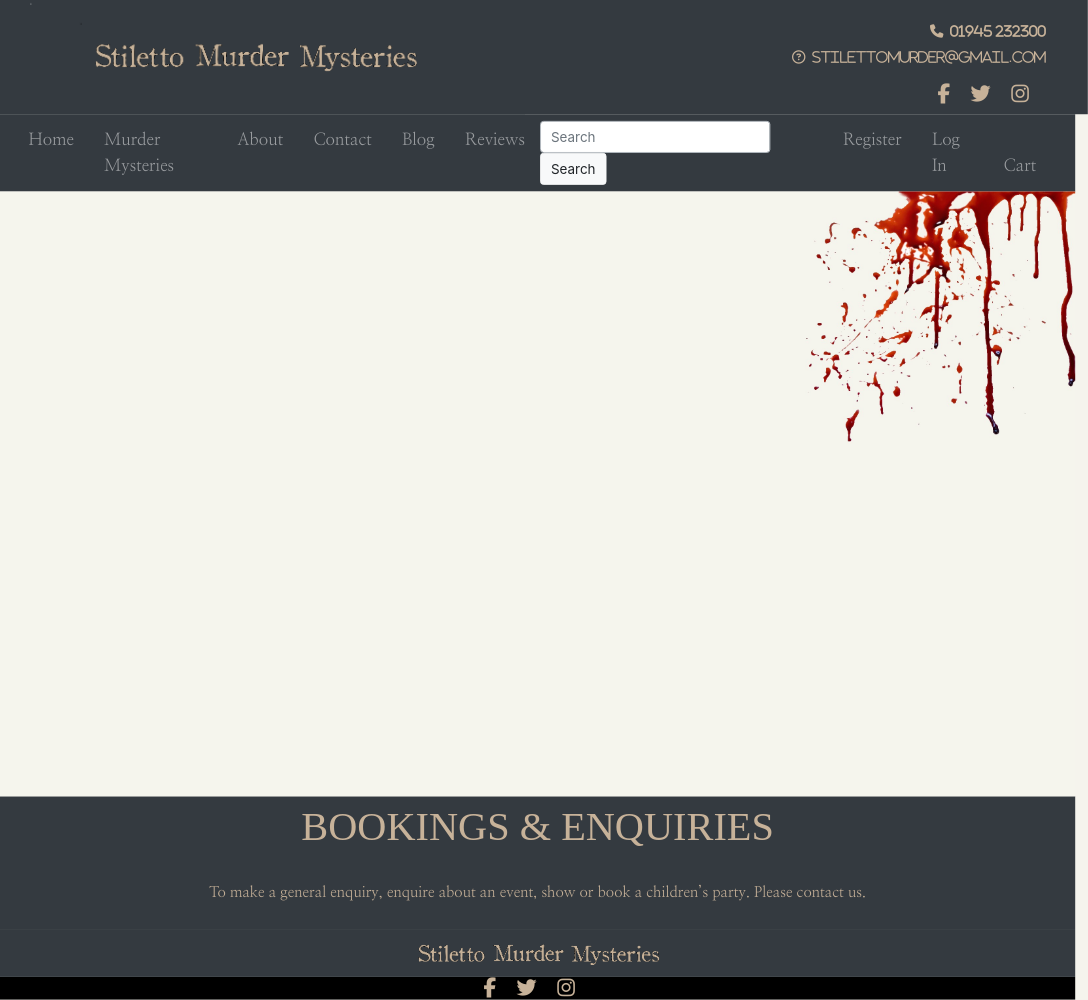
Repository: TaylorD1982/murder-milestone
Page: templates/base.html
The author's editor kept a record of every edit. The page is drawn from the files as they stood at one moment, then again after the next edit.
The browser window is 1280 px wide. The page is 1295 px wide, so the pictures cover 1295 px, including what lies to the right of the window. The pictures show the whole page, at 84% of full size.
Some icons come from a web library that is not loaded, so they are not drawn. Some web fonts or font styles are not loaded; a fallback is used. Some web libraries are served in a nearby version. The template is drawn by Django 2.2. The application's start-up code is not run. Other server files are loaded and not shown. The template is opened directly, without the code that normally fills it, so the values that code supplies are empty.

Above is the page before.
Console error: ReferenceError: emailjs is not defined

### templates/base.html
{% load staticfiles %}
<!DOCTYPE html>
<html lang="en">

<head>
    <meta charset="UTF-8">
    <meta name="viewport" content="width=device-width, initial-scale=1.0">
    <meta http-equiv="X-UA-Compatible" content="ie=edge">
    <title>Murder Mystery</title>
    <link rel="stylesheet" href="{% static 'font-awesome/css/font-awesome.min.css' %}">
    <link rel="stylesheet" href="{% static 'css/custom.css' %}">
    <script src="https://cdnjs.cloudflare.com/ajax/libs/jquery/3.2.1/jquery.min.js"></script>
    <script src="https://cdnjs.cloudflare.com/ajax/libs/twitter-bootstrap/3.3.7/js/bootstrap.min.js"></script>
    <link rel="stylesheet" href="https://maxcdn.bootstrapcdn.com/bootstrap/4.0.0/css/bootstrap.min.css" integrity="sha384-Gn5384xqQ1aoWXA+058RXPxPg6fy4IWvTNh0E263XmFcJlSAwiGgFAW/dAiS6JXm" crossorigin="anonymous">
    <script src="https://code.jquery.com/jquery-3.2.1.slim.min.js" integrity="sha384-KJ3o2DKtIkvYIK3UENzmM7KCkRr/rE9/Qpg6aAZGJwFDMVNA/GpGFF93hXpG5KkN" crossorigin="anonymous"></script>
    <script src="https://cdnjs.cloudflare.com/ajax/libs/popper.js/1.12.9/umd/popper.min.js" integrity="sha384-ApNbgh9B+Y1QKtv3Rn7W3mgPxhU9K/ScQsAP7hUibX39j7fakFPskvXusvfa0b4Q" crossorigin="anonymous"></script>
    <script src="https://maxcdn.bootstrapcdn.com/bootstrap/4.0.0/js/bootstrap.min.js" integrity="sha384-JZR6Spejh4U02d8jOt6vLEHfe/JQGiRRSQQxSfFWpi1MquVdAyjUar5+76PVCmYl" crossorigin="anonymous"></script>

    <script type="text/javascript" src="https://cdn.jsdelivr.net/npm/emailjs-com@2.3.2/dist/email.min.js"></script>
    <script type="text/javascript">
        (function(){
            emailjs.init("user_UbfQMZPiQGURDwMtv5SCI");
        })();
    </script>


    <link href="https://fonts.googleapis.com/css2?family=Italianno&display=swap" rel="stylesheet">
    <script src="https://kit.fontawesome.com/5336900852.js" crossorigin="anonymous"></script>
    <link href="https://fonts.googleapis.com/css?family=Nanum+Myeongjo&display=swap" rel="stylesheet"> {% block head_js %} {% endblock head_js %}
</head>

<body class="body">
    <div class="row banner">
        <div class="col-6">
            <div>
                <img width="100%" src="{% static 'images/banner-desktop-new.png' %}" alt="Stiletto Murder Mysteries">
            </div>
        </div>
        <div class="col-6 box">
            <div class="content-1">
                <div>
                    <i class="fas fa-phone contact-navbar">&nbsp;&nbsp;01945 232300</i>
                </div>
                <div>
                    <i class="far fa-question-circle contact-navbar">&nbsp;&nbsp;stilettomurder@gmail.com</i>
                </div>
            </div>
            <div class="content">
                <a href="https://facebook.com" target="_blank" class="fa fa-facebook"></a>
                <a href="https://twitter.com" target="_blank" class="fa fa-twitter fa-large"></a>
                <a href="https://instagram.com" target="_blank" class="fa fa-instagram fa-large"></a>
            </div>
        </div>
    </div>

    <!-- Fixed masthead -->

    <nav class="navbar navbar-expand-lg navbar-dark bg-dark">
        <button class="navbar-toggler mx-auto" type="button" data-toggle="collapse" data-target="#navbarNavAltMarkup" aria-controls="navbarNavAltMarkup" aria-expanded="false" aria-label="Toggle navigation">
    <span class="navbar-toggler-icon"></span>
  </button>
        <div class="collapse navbar-collapse" id="navbarNavAltMarkup">
            <ul class="navbar-nav mr-auto">
                <li class="nav-item">
                    <a class="nav-link" href="/">Home</a>
                </li>
                <li class="nav-item">
                    <a class="nav-link" href="{% url 'products' %}">Murder Mysteries</a>
                </li>
                <li class="nav-item">
                    <a class="nav-link" href="{% url 'about' %}">About</a>
                </li>
                <li class="nav-item">
                    <a class="nav-link" href="{% url 'contact' %}">Contact</a>
                </li>
                <li class="nav-item">
                    <a class="nav-link" href="{% url 'get_posts' %}">Blog</a>
                </li>
                <li class="nav-item">
                    <a class="nav-link" href="{% url 'get_reviews' %}">Reviews</a>
                </li>
            </ul>
            <form class="form-inline my-2 my-lg-0" action="{% url 'search' %}" method="get">
              <input class="form-control mr-sm-2" placeholder="Search" aria-label="Search" type="text" name="q">
              <button class="btn btn-light my-2 my-sm-0" type="submit">Search</button>
            </form>
            <ul class="navbar-nav ml-auto">
                {% if user.is_authenticated %}
                <li class="nav-item">
                    <a class="nav-link" href="{% url 'profile' %}">Profile</a>
                </li>
                <li class="nav-item">
                    <a class="nav-link" href="{% url 'logout' %}">Log Out</a>
                </li>
                {% else %}
                <li class="nav-item">
                    <a class="nav-link" href="{% url 'registration' %}">Register</a>
                </li>
                <li class="nav-item">
                    <a class="nav-link" href="{% url 'login' %}">Log In</a>
                </li>
                {% endif %}
                <li class="nav-item">
                    <a class="nav-link" href="{% url 'view_cart' %}">
                        <i class="fa fa-shipping-cart"></i>Cart
                            {% if product_count > 0 %}
                            <label class="badge badge-warning">{{ product_count }}</label>
                            {% endif %}
                    </a>
                </li>
            </ul>
        </div>
    </nav>

    <div = class="home">
        {% block content %} <img width="100%" src="{% static 'images/haunted-house-desktop.jpeg' %}" alt="Football League"> {% endblock %}
        {% if messages %}
                <div class="messages">
                    {% for message in messages %} {{ message }} {% endfor %}
                </div>
        {% endif %}


    </div>
    <footer>
        <div>
            <div class="footer-booking-header">BOOKINGS & ENQUIRIES</div>
            <div class="footer-booking-content">To make a general enquiry, enquire about an event, show or book a children’s party. Please contact us.</div>
        </div>
        <div>
            <img width="100%" src="{% static 'images/footer-desktop.png' %}" alt="Stiletto Murder Mysteries">
        </div>
        <div class="social-media">
            <container>
            <a href="https://facebook.com" target="_blank" class="fa fa-facebook"></a>
            <a href="https://twitter.com" target="_blank" class="fa fa-twitter fa-large"></a>
            <a href="https://instagram.com" target="_blank" class="fa fa-instagram fa-large"></a>
            </container>
        </div>
    </footer>
</body>

</html>

### static/css/custom.css
.body {
    background-color: #f5f4ed;
}

.accountform {
    padding-top: 20px;
}

.badge {
    padding-left: 9px;
    padding-right: 9px;
    -webkit-border-radius: 9px;
    -moz-border-radius: 9px;
    border-radius: 9px;
}

.label-warning[href],
.badge-warning[href] {
    background-color: #c67605;
}

caption p {
    word-wrap: break-word;
}

.row.row-flex {
    display: flex;
    flex-wrap: wrap;
    margin-top: 30px;
}

.panel-default {
    border-color: transparent;
    padding: 0 10px;
}

.panel-body {
    height: 100%;
    border: 1px solid #ddd;
}

.product-description {
    min-height: 40px;
}

/*-------------------------Navigation Bar--------*/

.navbar-nav {
  font-family: 'Nanum Myeongjo', serif;
  font-size: 1.25em;
 }

.nav-item {
  padding-left: 10px;
  padding-right: 10px;
 }

.bet_time {
    position:absolute;
    bottom:0;
    right:0;
    padding-right: 50px;
    padding-bottom: 50px;
}

.social-media {
    text-align: center;
    background-color: black;
    font-size: 1em;
}

.fa {
    color: #C7B299;
    font-size: 1.5em;
    padding-right: 20px;
    transition: transform .2s;
    margin: 0 auto;
}

.product-name {
    font-family: 'Italianno', cursive;
    font-size: 4em;
}

.product-description {
    font-family: 'Nanum Myeongjo', serif;
    font-size: 1.25em;
}

.box {
    position: relative;
}

.content {
    position: absolute;
    bottom: 10px;
    right: 50px;
}

.content-1 {
    position: absolute;
    bottom: 50px;
    right: 50px;
}

.banner {
    background-color: #343A40;
}

.form-group {
    padding-right: 7px;
}

/*-------------------------contact page-------*/

.container {
    width: 100%;
    padding-right: 15px;
    padding-left: 15px;
    padding-top: 40px;
    padding-bottom: 50px;
    margin-right: auto;
    margin-left: auto;
}

.contact-navbar {
  font-family: 'Nanum Myeongjo', serif;
  font-size: 1em;
  float: right;
  color: #C7B299;
  padding-top: 5px;
  padding-bottom: 10px;
}

.contact-title {
    font-family: 'Italianno', cursive;
    font-size: 4em;
    padding-bottom: 30px;
}

.contact-heading {
  font-family: 'Nanum Myeongjo', serif;
  font-size: 1.5em;
  color: #8B4513
}

.contact-content {
  font-family: 'Nanum Myeongjo', serif;
  font-size: 1.3em;
  padding-bottom: 30px;
}

.fa:hover {
  -ms-transform: scale(1.1); /* IE 9 */
  -webkit-transform: scale(1.1); /* Safari 3-8 */
  transform: scale(1.1);
  color:black;
  text-decoration: none;
}

.bg-dark {
    background-color: #413D3C!important;
}

/*-------------------------cart page-------*/

.empty {
    padding-top: 50px;
}

/*-------------------------Log In page-------*/

.container1 {
    padding-right: 155px;
    padding-left: 155px;
    padding-top: 40px;
    padding-bottom: 50px;

}

.home {
    position: relative;
}

.messages {
    position:absolute;
    top:10px;
    left: 10px;
    z-index: 1;
    background-color: #39e600;
    font-family: 'Italianno', cursive;
    font-size: 2em;
    padding-bottom: 30px;

}


.input-group {
    margin-right: 10px;
}

.footer-booking-header {
    font-family: 'Italianno', cursive;
    font-size: 3em;
    color: #C7B299;
    padding-bottom: 30px;
    background-color: #343A40;
    text-align: center;
}

.footer-booking-content {
    font-family: 'Nanum Myeongjo', serif;
    font-size: 1.1em;
    color: #C7B299;
    padding-bottom: 30px;
    background-color: #343A40;
    text-align: center;
}

/*---------------Reviews page-------*/

.post-review {
    position:absolute;
    top:20px;
    right: 50px;
}

.review-title {
    font-family: 'Italianno', cursive;
    color: #8B4513;
    font-size: 3em;
}

.review-content {
  font-family: 'Nanum Myeongjo', serif;
  font-size: 1.3em;
  padding-bottom: 1px;
  padding-top: 10px;
}

.review-by {
  font-family: 'Nanum Myeongjo', serif;
  font-size: 1em;
  padding-bottom: 1px;
  padding-top: 10px;
}

/*---------------Blog page-------*/

.blog-title {
    font-family: 'Italianno', cursive;
    color: #8B4513;
    font-size: 3em;
}

.blog-content {
  font-family: 'Nanum Myeongjo', serif;
  font-size: 1.3em;
  padding-bottom: 1px;
  padding-top: 10px;
}

.blog-info {
  font-family: 'Nanum Myeongjo', serif;
  font-size: 1em;
  padding-bottom: 1px;
  padding-top: 10px;
}

.top-left {
  position: absolute;
  top: 80px;
  left: 30px;
  max-width: 1000px;
}

.home-text {
  font-family: 'Nanum Myeongjo', cursive;
  color: #8B4513;
  font-size: 2em;
  padding-bottom: 35px;
}

Loaded but not shown: static/font-awesome/css/font-awesome.min.css (library)

After the next edit:
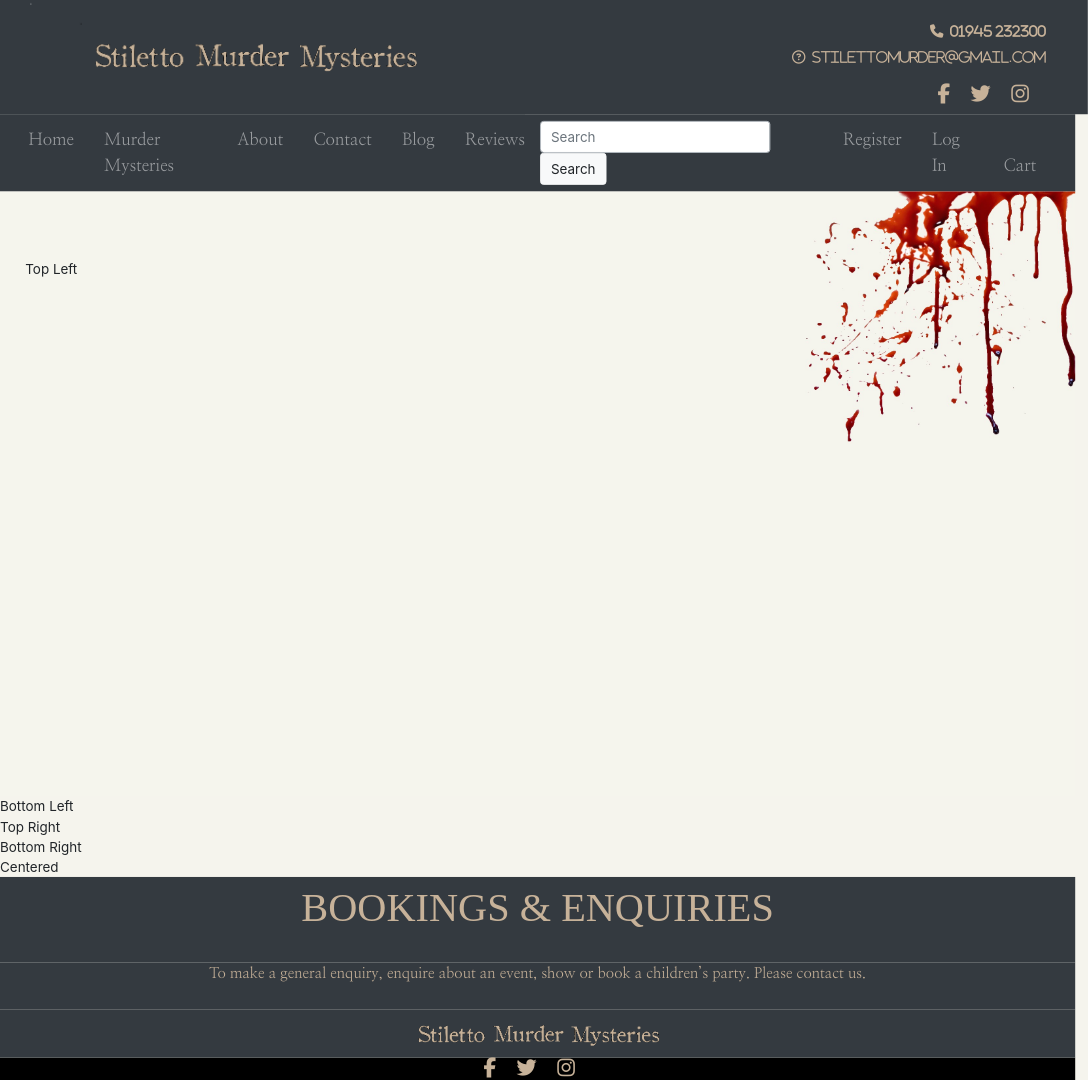
The edit:
--- a/templates/base.html
+++ b/templates/base.html
@@ -113,7 +113,17 @@
     </nav>
 
     <div = class="home">
-        {% block content %} <img width="100%" src="{% static 'images/haunted-house-desktop.jpeg' %}" alt="Football League"> {% endblock %}
+        {% block content %}
+
+        <img width="100%" src="{% static 'images/haunted-house-desktop.jpeg' %}" alt="Football League">
+
+          <div class="bottom-left">Bottom Left</div>
+          <div class="top-left">Top Left</div>
+  <div class="top-right">Top Right</div>
+  <div class="bottom-right">Bottom Right</div>
+  <div class="centered">Centered</div>
+
+        {% endblock %}
         {% if messages %}
                 <div class="messages">
                     {% for message in messages %} {{ message }} {% endfor %}
